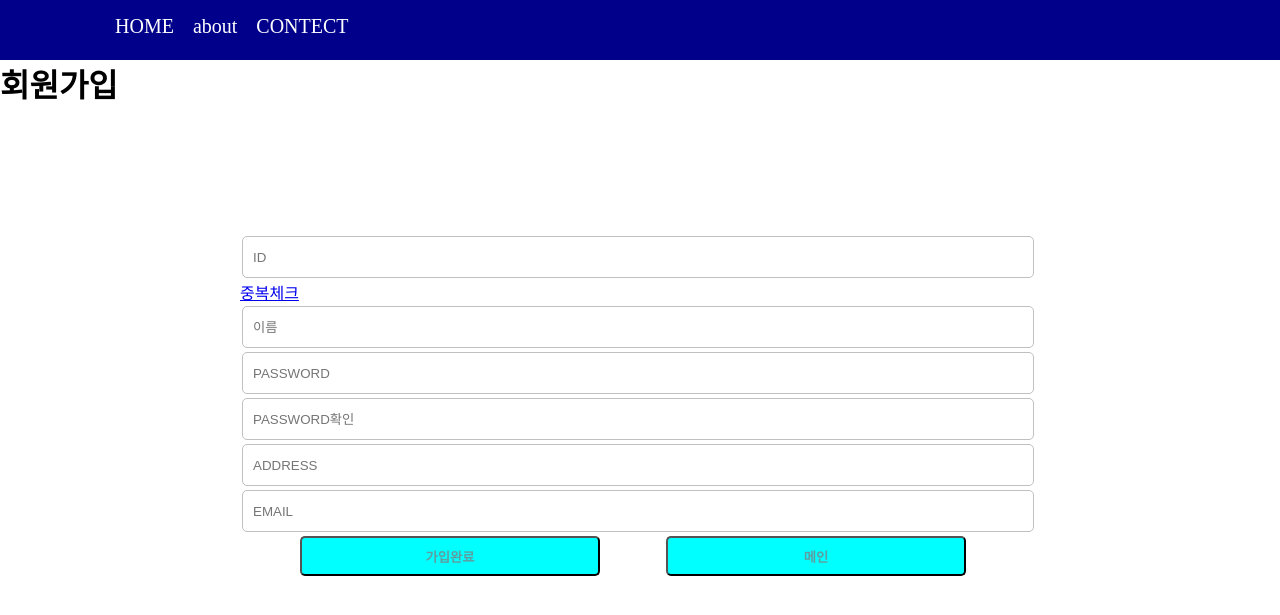
Repository: Junvelop/hkdevelope
Page: http://localhost/04_hklogin_MVC1/registform.jsp
The author's editor kept a copy of each file at every save. The page is drawn from the files as they stood at one save, then again after the next save.
The browser window is 1280 px wide. The pictures show the whole page.
The page is served by Tomcat 9.

Above is the page before, as saved 2024-09-10 02:39:13.

After the next save:
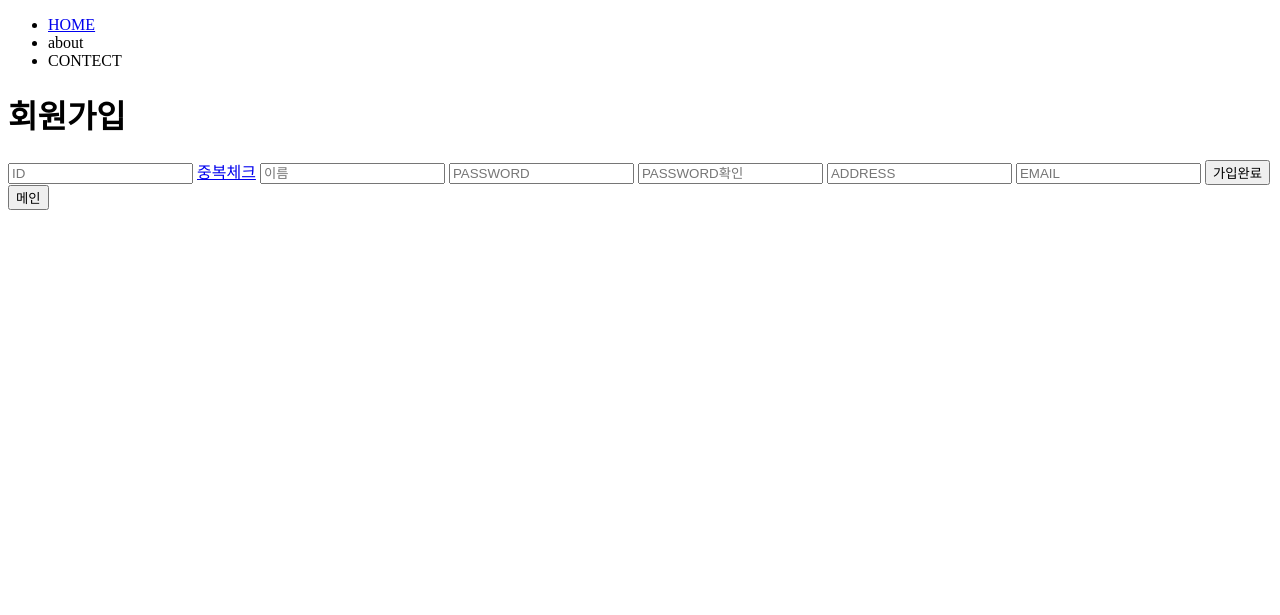
Saved 92 min 50 s later.
--- a/Downloads/back_end_edu20240624-master (1)/04_hklogin_MVC1/src/main/webapp/registform.jsp
+++ b/Downloads/back_end_edu20240624-master (1)/04_hklogin_MVC1/src/main/webapp/registform.jsp
@@ -1,11 +1,12 @@
 <%@ page language="java" contentType="text/html; charset=EUC-KR"
     pageEncoding="EUC-KR"%>
+    <%@include file="header.jsp" %>
 <!DOCTYPE html>
 <html>
 <head>
 <meta charset="EUC-KR">
 <title>회원가입 폼</title>
-<link rel = "stylesheet" href="css/layout.css">
+<!-- <link rel = "stylesheet" href="css/layout.css"> -->
 </head>
 <body>
 <nav class = "navbar">
@@ -35,9 +36,9 @@
 	<button type = "button" onclick = "location.href = 'index.jsp'">메인</button>
 	</form>
 </div>
-<div class = "footer">
+<!-- <div class = "footer">
 	Coptright 1999-2024. 한경닷컴 ALL rights reserved.
-</div>
+</div>  -->
 <script type = "text/javascript">
 function isPW(formEle){ //파라미터는 form 엘리먼트 전달 받음 안 그러면 var foremEle = document.getElementByTagName("form")[0]을 써야함
 	if(formEle.paswword.value!=foremEle.password2.value){
@@ -66,3 +67,5 @@
 </script>
 </body>
 </html>
+
+<%@include file="footer.jsp" %>
